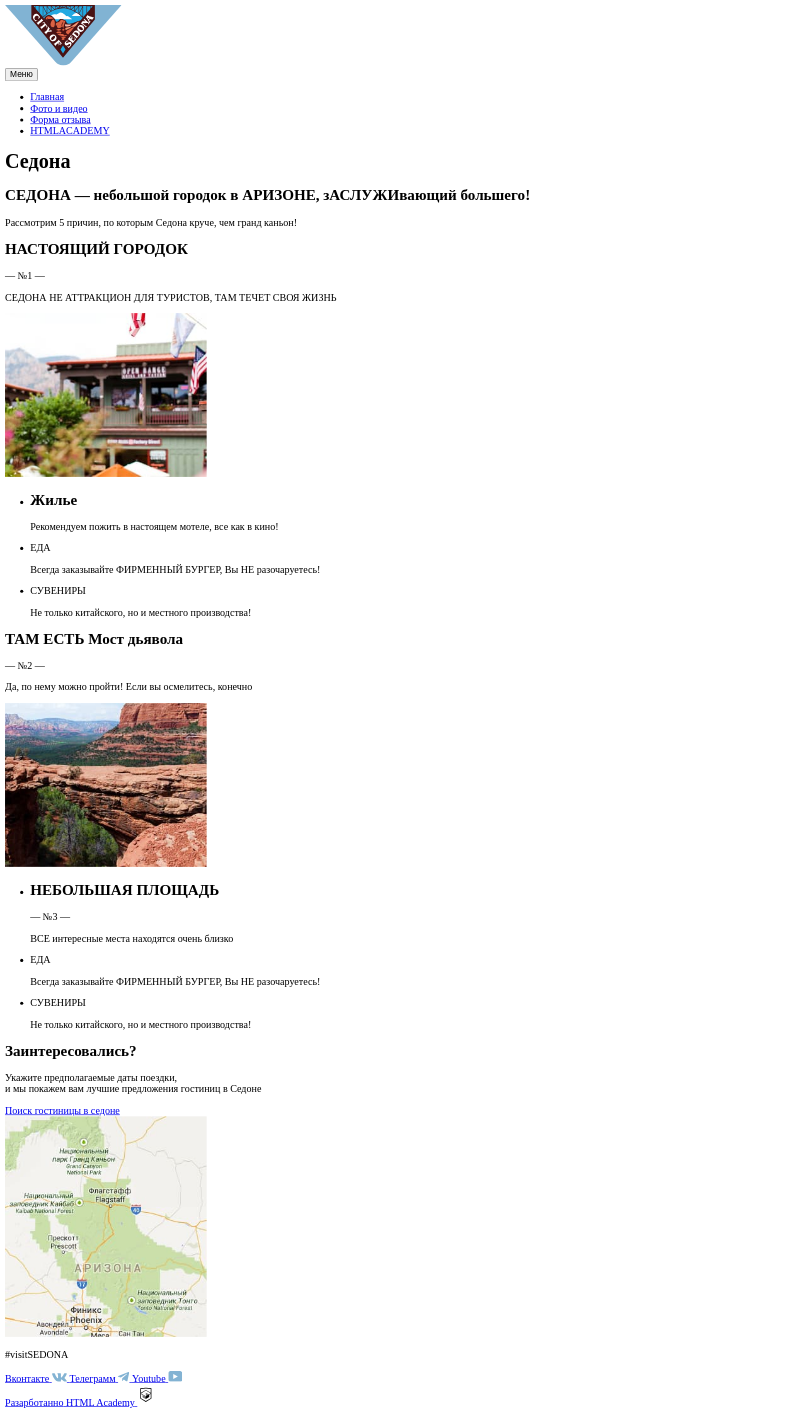
Repository: iKrekus/2149661-sedona-27
Page: source/index.html
An editor plug-in stored every save of this project. The page is shown before and after the next save, followed by the edit.
The browser window is 1280 px wide. The pictures show the whole page, at 63% of full size.

Above is the page before, as saved 2022-11-28 15:05:27.

After the next save:
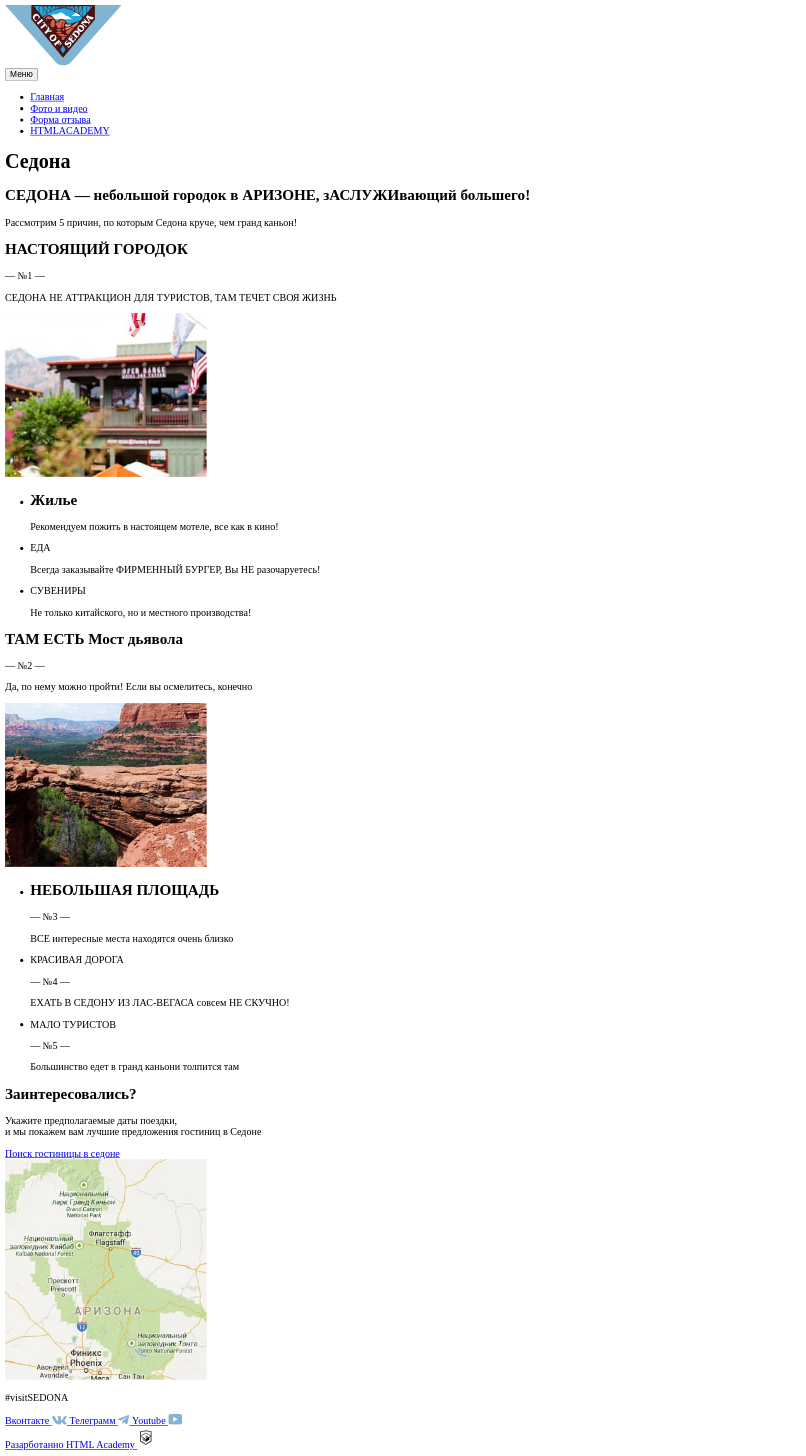
Saved 63 s later.
--- a/source/index.html
+++ b/source/index.html
@@ -132,18 +132,26 @@
           </li>
           <li class="advantages-container__item">
             <p class="advantages-container__title">
-              ЕДА
-            </p>
-            <p class="advantages-container__description">
-              Всегда заказывайте ФИРМЕННЫЙ БУРГЕР, Вы НЕ разочаруетесь!
-            </p>
-          </li>
-          <li class="advantages-container__item">
-            <p class="advantages-container__title">
-              СУВЕНИРЫ
-            </p>
-            <p class="advantages-container__description">
-              Не только китайского, но и местного производства!
+              КРАСИВАЯ ДОРОГА
+            </p>
+            <p class="features-container__features-divider">
+              <!--Далее будет сделан через псевдоэлемент Или потом будет выводится, как номер пункта в списке, если переделать features в список-->
+              — №4 —
+            </p>
+            <p class="advantages-container__description">
+              ЕХАТЬ В СЕДОНУ ИЗ ЛАС-ВЕГАСА совсем НЕ СКУЧНО!
+            </p>
+          </li>
+          <li class="advantages-container__item">
+            <p class="advantages-container__title">
+              МАЛО ТУРИСТОВ
+            </p>
+            <p class="features-container__features-divider">
+              <!--Далее будет сделан через псевдоэлемент Или потом будет выводится, как номер пункта в списке, если переделать features в список-->
+              — №5 —
+            </p>
+            <p class="advantages-container__description">
+              Большинство едет в гранд каньони толпится там
             </p>
           </li>
         </ul>
